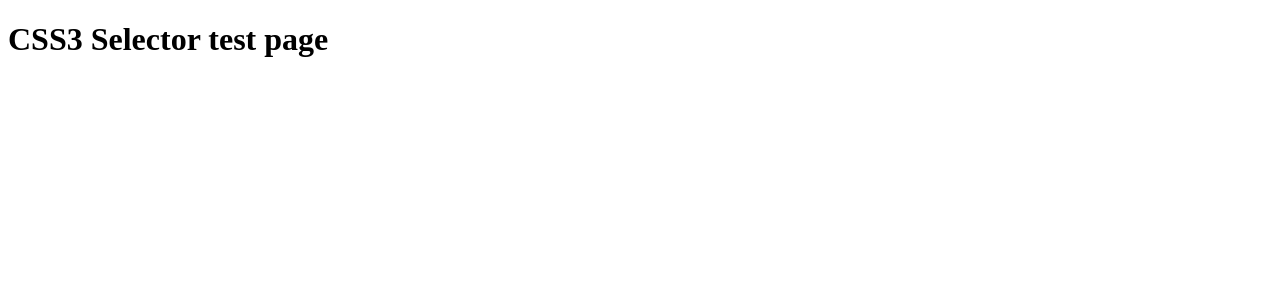
Repository: bianchi112/ict-data
Page: web_workspace/testCSSProject/src/main/webapp/views/test/selector.html
These files come from the project's save history. The page is drawn as it stood at one moment and after the next save; the edit follows.
The browser window is 1280 px wide. The pictures show the whole page.

Above is the page before, as saved 2024-09-02 04:10:56.

### web_workspace/testCSSProject/src/main/webapp/views/test/selector.html
<!DOCTYPE html>
<html lang="ko">
<head>
<meta charset="UTF-8">
<title>Insert title here</title>
<link rel="stylesheet" type="text/css" href="/testc/resources/css/selector.css">
</head>
<body>
<h1>CSS3 Selector test page</h1>
</body>
</html>

### web_workspace/testCSSProject/src/main/webapp/resources/css/selector.css
@charset "UTF-8";

/*
 selector.css
 	selector.html 에 적용하는 스타일시트 파일
 	CSS3에 추가된 새로운 선택기능 테스트용
*/

/* 글꼴 파일 등록 */
@font-face {
	font-family: TESTF; /* 글꼴이름은 임의대로 지정함 */
	src: url("/testc/resources/fonts/FZSong_Super.TTF") format("truetype");
}

li{
	list-style: none;
	margin-right: 30px;
	float: left;
	font-size: 48pt;
	font-family: TESTF; /* 등록한 글꼴 사용 */
}

After the next save:
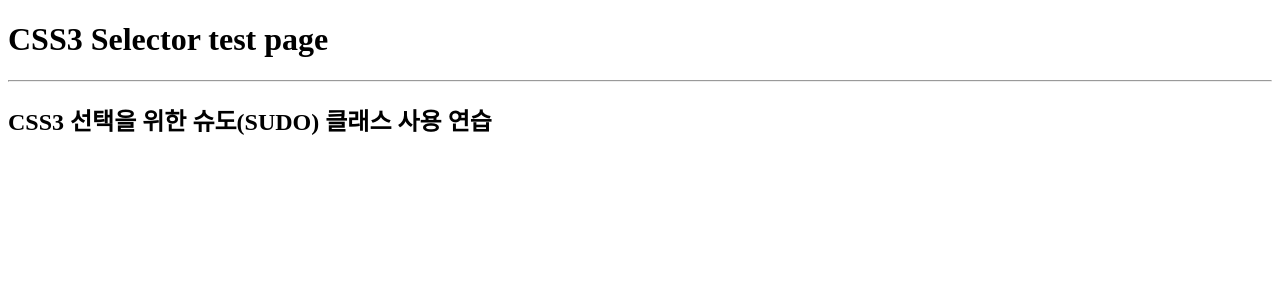
Saved 39 s later.
--- a/web_workspace/testCSSProject/src/main/webapp/views/test/selector.html
+++ b/web_workspace/testCSSProject/src/main/webapp/views/test/selector.html
@@ -7,5 +7,7 @@
 </head>
 <body>
 <h1>CSS3 Selector test page</h1>
+<hr>
+<h2>CSS3 선택을 위한 슈도(SUDO) 클래스 사용 연습</h2>
 </body>
 </html>
